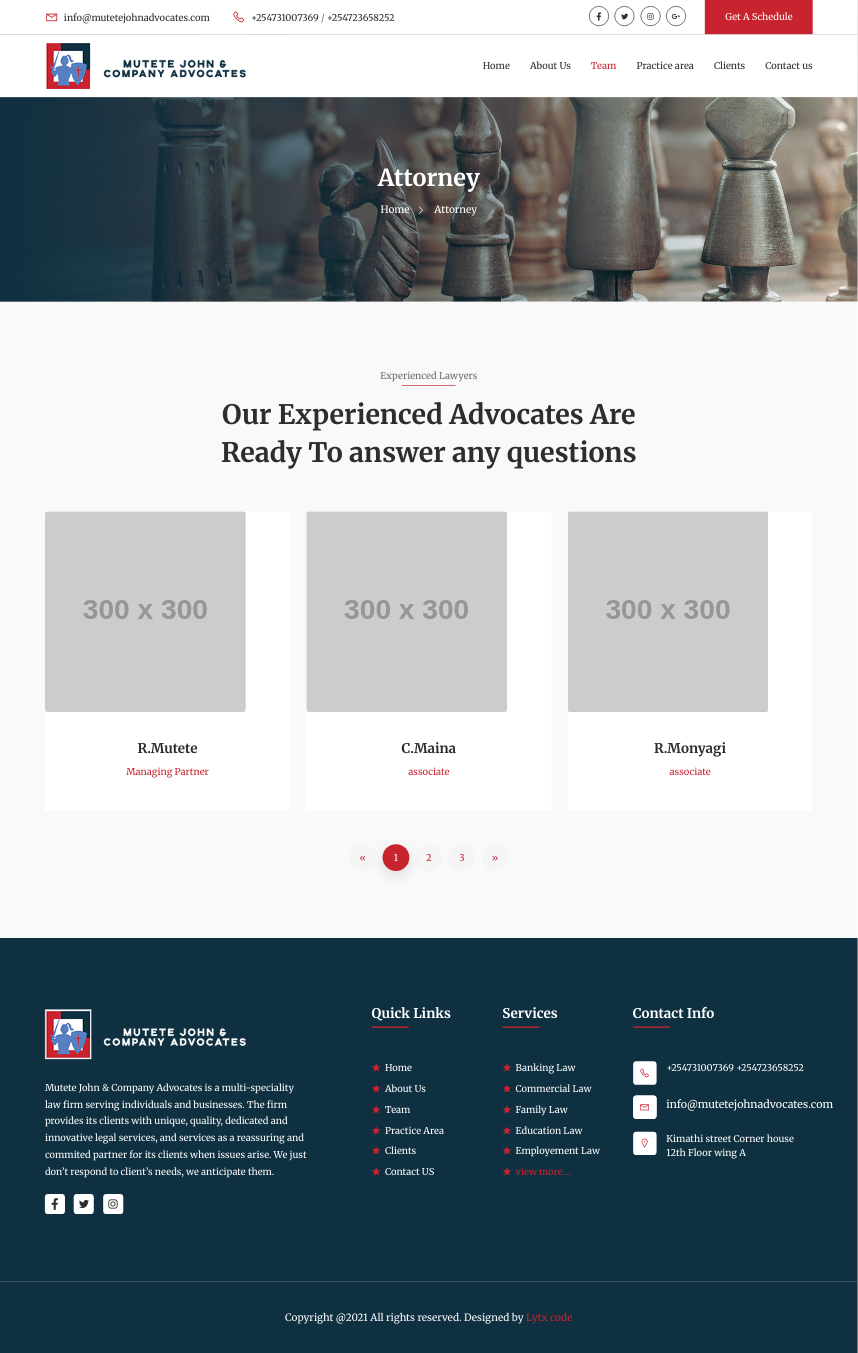
Repository: Samkiroko/mutete_john_website
Page: team.html
The author's editor kept a copy of each file at every save. The page is drawn from the files as they stood at one save, then again after the next save.
The browser window is 1280 px wide. The pictures show the whole page, at 67% of full size.

Above is the page before, as saved 2021-10-13 15:03:23.

After the next save:
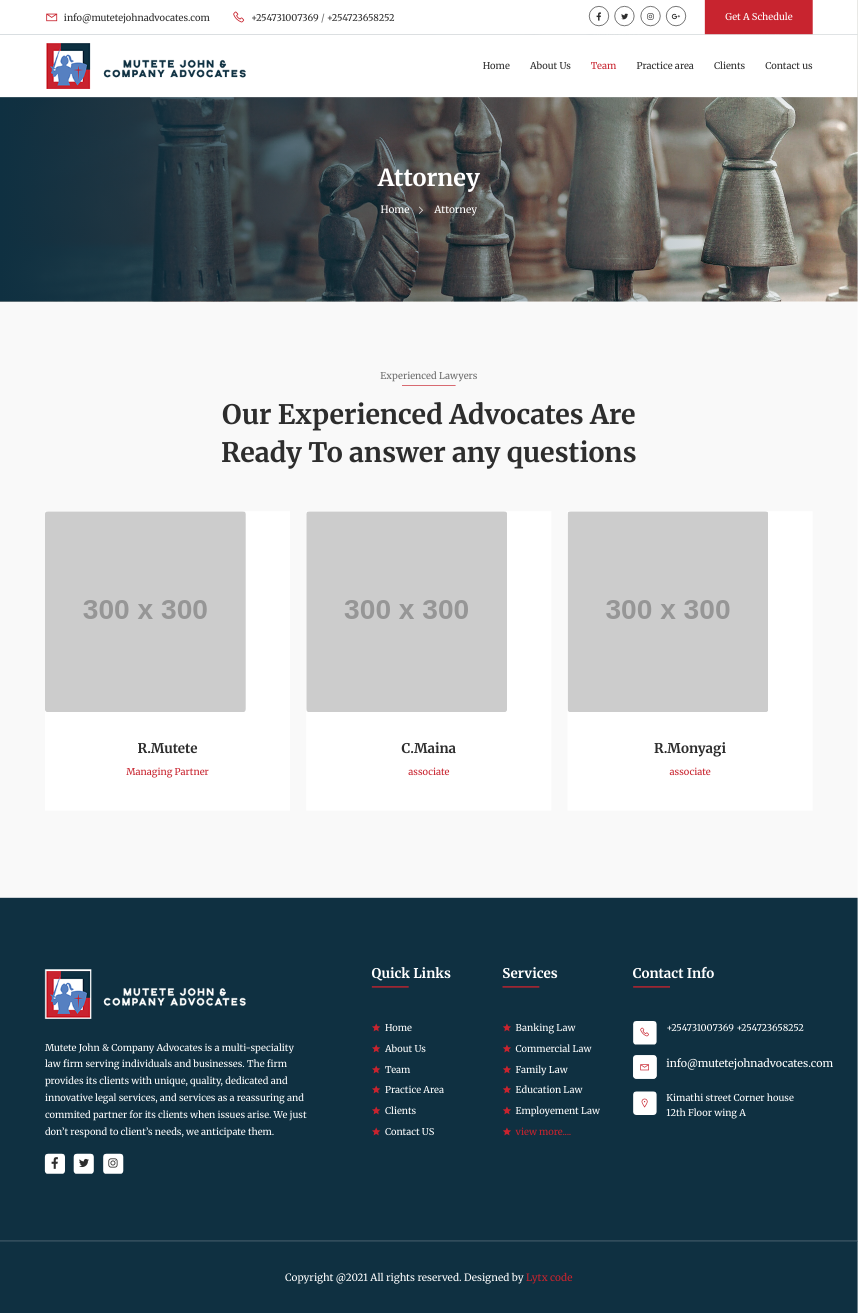
Saved 26 s later.
--- a/team.html
+++ b/team.html
@@ -203,24 +203,6 @@ C/O https://placeholder.com/" alt="Image" />
                     </div>
                 </div>
             </div>
-
-            <div class="col-lg-12 col-md-12">
-                <ul class="pagination">
-                    <li class="page-item">
-                        <a class="page-link" href="#" aria-label="Previous">
-                            <span aria-hidden="true">&laquo;</span>
-                        </a>
-                    </li>
-                    <li class="page-item active"><a class="page-link" href="#">1</a></li>
-                    <li class="page-item"><a class="page-link" href="#">2</a></li>
-                    <li class="page-item"><a class="page-link" href="#">3</a></li>
-                    <li class="page-item">
-                        <a class="page-link" href="#" aria-label="Next">
-                            <span aria-hidden="true">&raquo;</span>
-                        </a>
-                    </li>
-                </ul>
-            </div>
         </div>
     </div>
 
